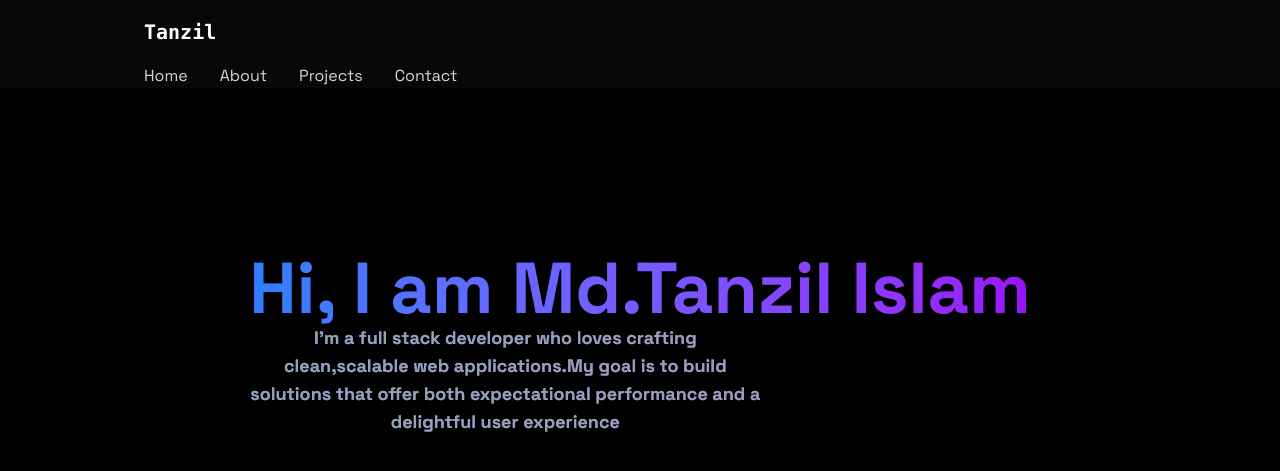
Repository: tanimtanzilislam/my_portfolio
Page: /
An editor plug-in stored every save of this project. The page is shown before and after the next save, followed by the edit.
The browser window is 1280 px wide. The pictures show the whole page.
The project was rebuilt for these pictures with package versions that can differ from the ones it lists, and the page was loaded fresh each time. Also part of the build but not shown: vite.config.js.

Above is the page before, as saved 2025-05-10 11:42:54.

### index.html
<!doctype html>
<html lang="en">
  <head>
    <meta charset="UTF-8" />
    <link rel="icon" type="image/svg+xml" href="/vite.svg" />
    <link rel="preconnect" href="https://fonts.googleapis.com" />
    <link rel="preconnect" href="https://fonts.gstatic.com" crossorigin />
    <link
    href="https://fonts.googleapis.com/css2?family=Space+Grotesk:wght@400;500;600;700&family=jetBrains+Mono:wght"
    rel="stylesheet"/>
    <meta name="viewport" content="width=device-width, initial-scale=1.0" />
    <title>Vite + React</title>
  </head>
  <body>
    <div id="root"></div>
    <script type="module" src="/src/main.jsx"></script>
  </body>
</html>

### src/index.css
@import "tailwindcss";

html, body {
  margin: 0;
  padding: 0;
  font-family: "Space Grotesk", sans-serif;
  background: #f3f4f6;
}

@layer utilities {

  @keyframes blink{
    0%,100%{
      opacity:1;
    }
    50%{
      opacity:0;
    }
  }
  .animated-blink {
    animation: blink 0.8s step-end infinite;
  }
  @keyframes loading {
    0% {
      transform: translateX(-100%);
    }
    100% {
      transform: translateX(250%);
    }
  }

  .animate-loading-bar {
    animation: loading 0.8s ease infinite;
  }
}

### src/App.jsx
import React, { useState } from 'react';
import './App.css';
import './index.css';
import { LoadingScreen } from './components/LoadingScreen';
import { Navbar } from './components/Navbar';
import { MobileMenu } from './components/MobileMenu';
import { Home } from './components/sections/Home';
function App() {
  const [isLoaded, setIsLoaded] = useState(false);
  const [menuOpen, setMenuOpen] = useState(false);

  return (
    <>
      {
        !isLoaded && <LoadingScreen onComplete={() => setIsLoaded(true)} />
      }
      <div className={`min-h-screen transition-opacity duration-700 ${isLoaded ? "opacity-100" :"opacity-0" } bg-black text-gray-100`}>
        {/* Your other content goes here */}

        <Navbar menuOpen={menuOpen} setMenuOpen={setMenuOpen}/>
        <MobileMenu menuOpen={menuOpen} setMenuOpen={setMenuOpen}/>
  <Home />
      </div>
    </>
  );
}

export default App

### src/App.css
@import "tailwindcss";

html,body {
  margin:0;
  padding:0;
  font-family: "Space Grotesk" ,sans-serif;
  background:#0a0a0a;
  color: #f3f4f6;
}

### src/components/LoadingScreen.jsx
import React, { useState, useEffect } from "react";

export const LoadingScreen = ({ onComplete }) => {
  const [text, setText] = useState("");
  const fullText = "<Hello World />";

  useEffect(() => {
    let index = 0;
    const interval = setInterval(() => {
      setText(fullText.substring(0, index));
      index++;
      if (index > fullText.length) {
        clearInterval(interval);
        // ✅ টাইপিং শেষ হলে onComplete() চালাও
        onComplete();
      }
    }, 100);

    return () => clearInterval(interval);
  }, [onComplete]);

  return (
    <div className="fixed inset-0 z-50 bg-black text-gray-100 flex flex-col items-center justify-center">
      <div className="mb-4 text-4xl font-mono font-bold">
        {text}
        <span className="animated-blink ml-1">|</span>
      </div>

      <div className="w-[200px] h-[2px] bg-gray-800 rounded relative overflow-hidden">
        <div className="w-[40px] h-full bg-blue-500 shadow-[0_0_15px_#3b82f6] animate-loading-bar"></div>
      </div>
    </div>
  );
};

### src/components/Navbar.jsx
import { useEffect } from "react";

export const Navbar = ({ menuOpen, setMenuOpen }) => {
  useEffect(() => {
    document.body.style.overflow = menuOpen ? "hidden" : "";
  }, [menuOpen]);

  return (
    <nav className="fixed top-0 w-full z-40 bg-[rgba(10,10,10,0.8)] backdrop-blur-lg border-white/10 shadow-lg">
      <div className="max-w-5xl mx-auto px-4">
        <div className="flex justify-between items-center h-16">
          <a href="#home" className="font-mono text-xl font-bold text-white">
            Tanzil<span className="text-blue-500"></span>
          </a>
          <div
            className="w-7 h-5 relative cursor-pointer z-40 md:hidden"
            onClick={() => setMenuOpen((prev) => !prev)}
          >
            &#9776;
          </div>
        </div>

        <div className="hidden md:flex items-center space-x-8">
          <a href="#home" className="text-gray-300 hover:text-white transition-colors">Home</a>
          <a href="#about" className="text-gray-300 hover:text-white transition-colors">About</a>
          <a href="#projects" className="text-gray-300 hover:text-white transition-colors">Projects</a>
          <a href="#contact" className="text-gray-300 hover:text-white transition-colors">Contact</a>
        </div>
      </div>
    </nav>
  );
};

### src/components/MobileMenu.jsx
import { useEffect } from "react";

export const MobileMenu = ({ menuOpen, setMenuOpen }) => {
  return (
    <div
      className={`fixed top-0 left-0 w-full bg-[rgba(10,10,10,0.8)] z-40 flex flex-col items-center justify-center
      transition-all duration-300 ease-in-out
      ${menuOpen ? "h-screen opacity-100 pointer-events-auto" : "h-0 opacity-0 pointer-events-none"}`}
    >
      <button
        onClick={() => setMenuOpen(false)}
        className="absolute top-6 right-6 text-white text-3xl focus:outline-none cursor-pointer"
        aria-label="close Menu"
      >
        &times;
      </button>

      <a href="#home" onClick={() => setMenuOpen(false)} className={`text-2xl font-semibold text-white my-4 transform transition-transform duration-300
        ${menuOpen ? "opacity-100 translate-y-0" : ""}`}>Home</a>

      <a href="#about" onClick={() => setMenuOpen(false)} className={`text-2xl font-semibold text-white my-4 transform transition-transform duration-300
        ${menuOpen ? "opacity-100 translate-y-0" : ""}`}>About</a>

      <a href="#projects" onClick={() => setMenuOpen(false)} className={`text-2xl font-semibold text-white my-4 transform transition-transform duration-300
        ${menuOpen ? "opacity-100 translate-y-0" : ""}`}>Projects</a>

      <a href="#contact" onClick={() => setMenuOpen(false)} className={`text-2xl font-semibold text-white my-4 transform transition-transform duration-300
        ${menuOpen ? "opacity-100 translate-y-0" : ""}`}>Contact</a>
    </div>
  );
};

### src/components/sections/Home.jsx
export const Home =()=>{
    return <section id="home" className="min-h-screen flex items-center justify-center relative">
        <div className="text-center z-10 px-14">
            <h1 className="text-5xl md:text-7xl font-bold mb-6 bg-gradient-to-r from-blue-500 to-purple-600 bg-clip-text text-transparent leading-right">Hi, I am Md.Tanzil Islam
                <p  className="text-gray-400 text-lg mb-8 max-w-lg max-auto">
                    I'm a full stack developer who loves crafting clean,scalable web applications.My goal is to build solutions that offer both expectational performance and a delightful user experience                </p>
            </h1>
        </div>
    </section>
}

Loaded but not shown: src/main.jsx (common file)

After the next save:
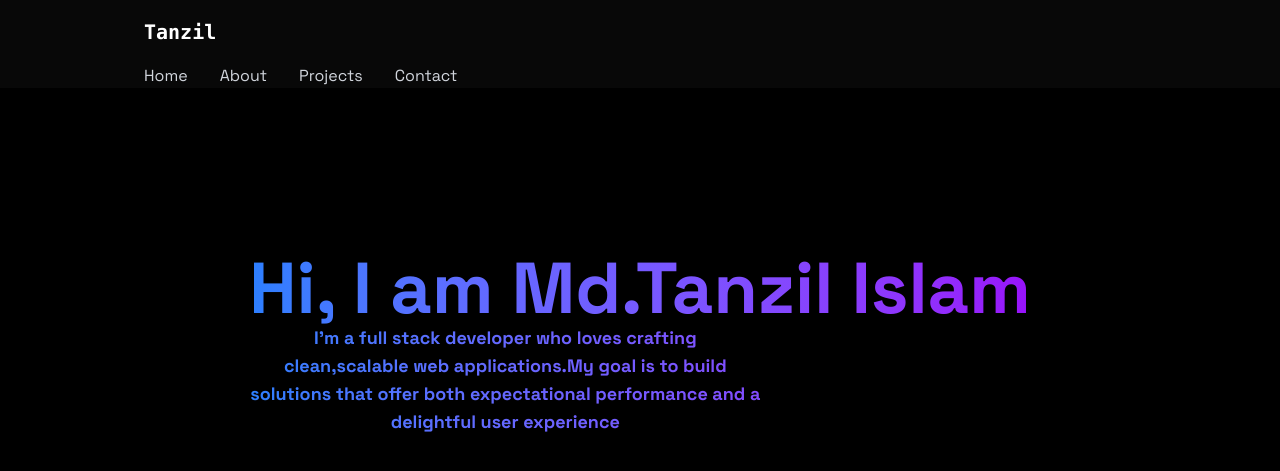
Saved 17 s later.
--- a/src/components/sections/Home.jsx
+++ b/src/components/sections/Home.jsx
@@ -2,7 +2,7 @@ export const Home =()=>{
     return <section id="home" className="min-h-screen flex items-center justify-center relative">
         <div className="text-center z-10 px-14">
             <h1 className="text-5xl md:text-7xl font-bold mb-6 bg-gradient-to-r from-blue-500 to-purple-600 bg-clip-text text-transparent leading-right">Hi, I am Md.Tanzil Islam
-                <p  className="text-gray-400 text-lg mb-8 max-w-lg max-auto">
+                <p  className="tex-gray-400 text-lg mb-8 max-w-lg max-auto">
                     I'm a full stack developer who loves crafting clean,scalable web applications.My goal is to build solutions that offer both expectational performance and a delightful user experience                </p>
             </h1>
         </div>
